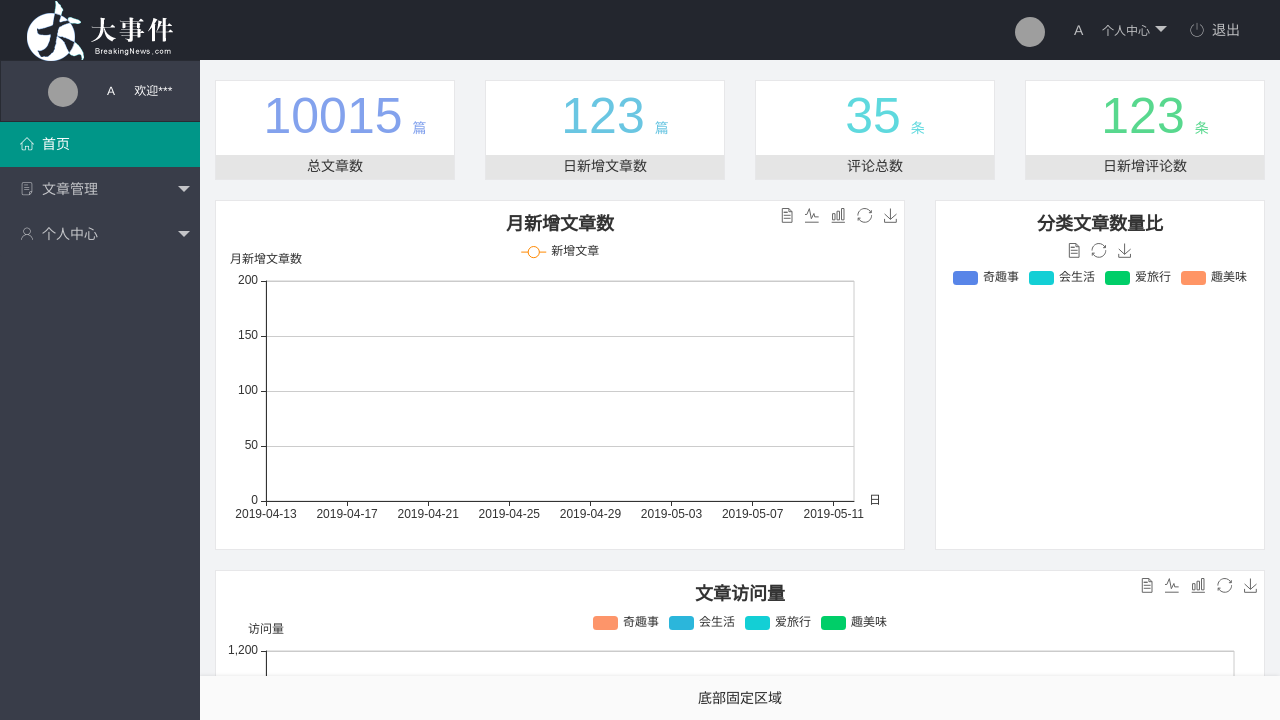
Repository: 1zhoukexin/web_aad
Page: index.html
These files come from the project's save history. The page is drawn as it stood at one moment and after the next save; the edit follows.
The browser window is 1280 px wide. The pictures show the whole page.
Pictures or frames that could not be fetched are drawn as grey boxes.

Above is the page before, as saved 2021-04-16 21:07:54.

After the next save:
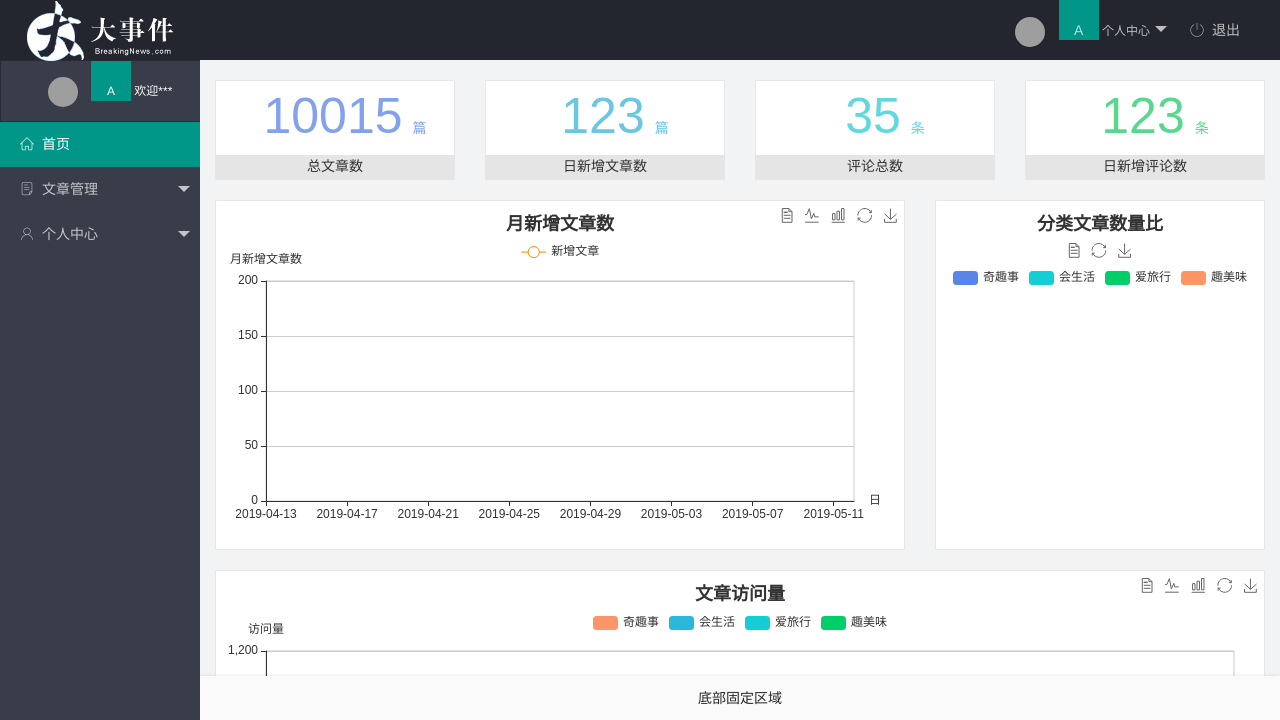
Saved 19 s later.
--- a/assets/css/index.css
+++ b/assets/css/index.css
@@ -40,4 +40,5 @@ a {
     display: inline-block;
     width: 40px;
     height: 40px;
+    background-color: #009688;
 }
